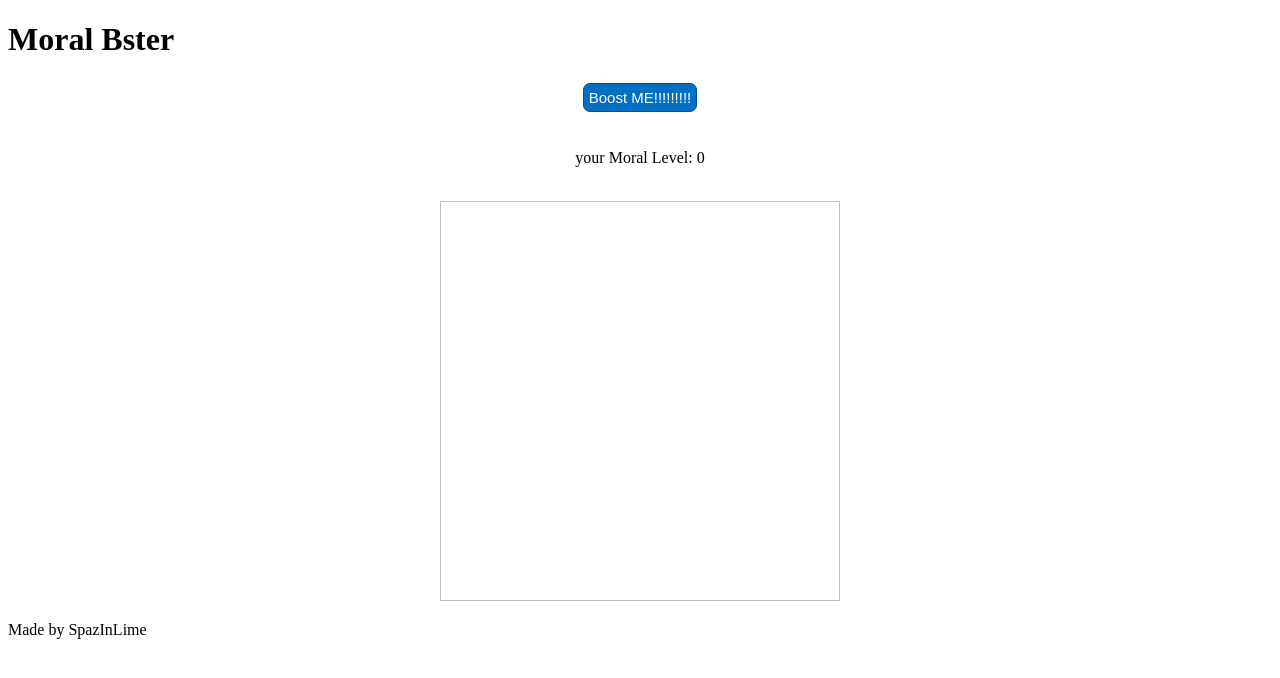
Repository: cxleb/cxleb.github.io
Page: jsapps/mrlbstr/index.html
The author's editor kept a record of every edit. The page is drawn from the files as they stood at one moment, then again after the next edit.
The browser window is 1280 px wide. The pictures show the whole page.

Above is the page before.

After the next edit:
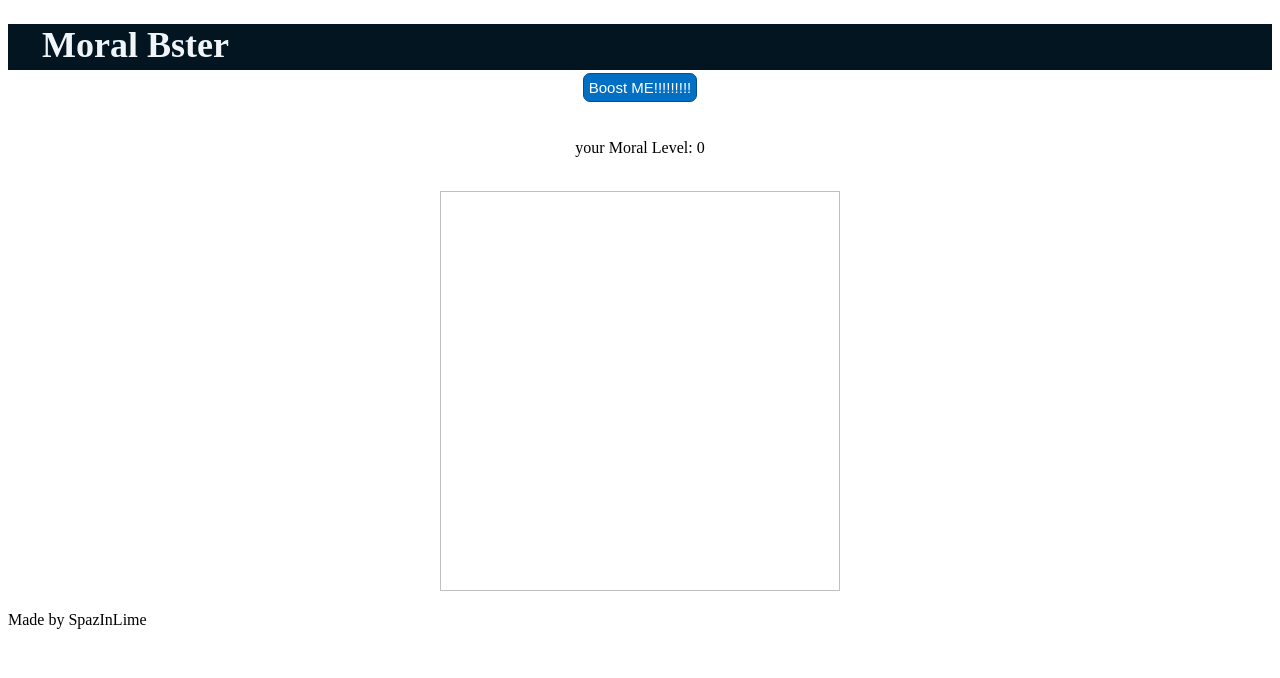
The edit:
--- a/jsapps/mrlbstr/style.css
+++ b/jsapps/mrlbstr/style.css
@@ -11,3 +11,16 @@
     margin-top: 3px;
     border-radius: 7px;
 }
+.header_div{
+    padding-left: 0px;
+    padding-right: 0px;
+    border-bottom: 0px;
+    width: 100%;
+    height: 46px;
+    background-color: #031520;
+}
+h1{
+    font-size: 36px;
+    padding-left: 34px;
+    color: #eff5f9;
+}
